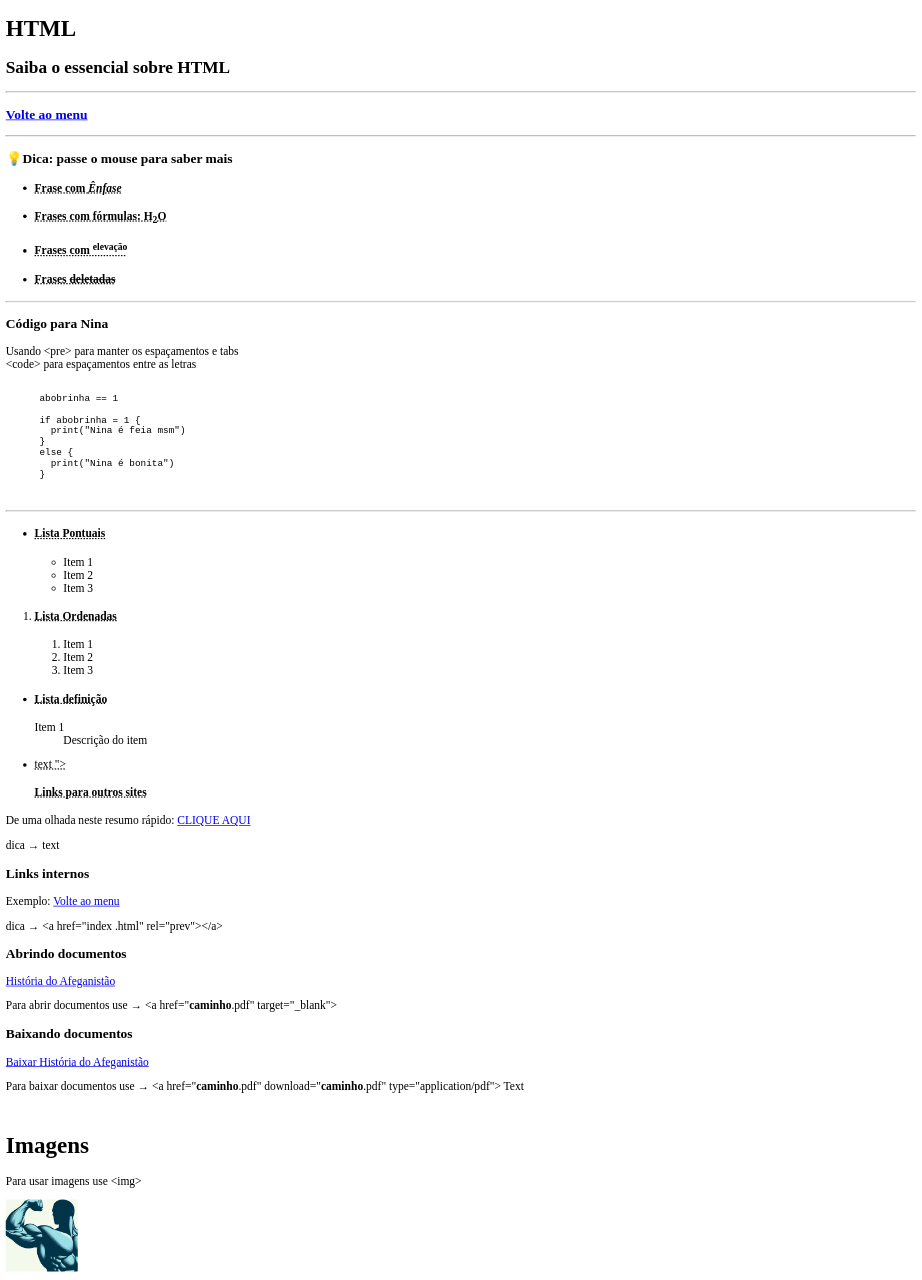
Repository: LuidyOn/Site_Forca_Total
Page: ForçaTotal/sobreHTML.html
An editor plug-in stored every save of this project. The page is shown before and after the next save, followed by the edit.
The browser window is 1280 px wide. The pictures show the whole page, at 72% of full size.

Above is the page before, as saved 2025-05-15 20:47:01.

### ForçaTotal/sobreHTML.html
<!DOCTYPE html>
<html lang="pt-br">
<head>
  <meta charset="UTF-8">
  <meta name="viewport" content="width=device-width, initial-scale=1.0">
  <link rel="shortcut icon" href="img/icons/logo.ico" type="image/x-icon">
  <title>Testes Força total</title>
</head>
<body>
  <h1>HTML</h1>
  <h2>Saiba o essencial sobre HTML</h2>

  <hr>
  <h3><a href="index.html" rel="prev"> Volte ao menu</a></h3>
  <hr>

<h3>💡Dica: passe o mouse para saber mais</h3>

  <ul><li><h4> <abbr title="Para deixar uma frase com ênfase, usamos: <em> ">Frase com <em>Ênfase</em></h4> </abbr>
  </li></ul>

    <ul><li><h4><abbr title="Para utilizarmos frases 'baixas' ou fórmulas usamos: <sub></sub>"> Frases com fórmulas: H<sub>2</sub>O</abbr></h4> </li></ul>

  <ul><li><h4> <abbr title="Para utilizarmos frases com ênfase/superiores usamos: <sup></sup>">Frases com <sup>elevação</sup></h4> </abbr></li></ul>

  <ul><li><abbr title=" Para utilizarmos frases deletadas usamos: <del>"><h4>Frases <del>deletadas</del></h4></abbr></li></ul>

  <hr>

  <h3>Código para Nina</h3>
  <p>Usando &lt;pre&gt; para manter os espaçamentos e tabs <br> &lt;code&gt; para espaçamentos entre as letras</p>

  <p></p>

  <pre>
    <code>
      abobrinha == 1

      if abobrinha = 1 {
        print("Nina é feia msm")
      }
      else {
        print("Nina é bonita")
      }
    </code>
  </pre>

  <hr>

      <ul>
        <li>
          <abbr title="Para usar lista pontuadas use <ul>"> <h4>Lista Pontuais</h4> </abbr>
        </li>
          <ul>
            <li>Item 1</li>
            <li>Item 2</li>
            <li>Item 3</li>
          </ul>
      </ul>

      <ol>
        <li>
          <abbr title="Para usar lista ordenadas use <ol>"> <h4>Lista Ordenadas</h4> </abbr>
        </li>
          <ol>
            <li>Item 1</li>
            <li>Item 2</li>
            <li>Item 3</li>
          </ol>
      </ol>

          <ul>
            <li>
              <abbr title="Para usar uma lista de definição, use <dl> para agrupar os elementos(bloco), <dt> para o termo e <dd> para a descrição."> <h4>Lista definição</h4> </abbr>
              <dl>
                <dt>Item 1</dt>
                <dd>Descrição do item</dd>
              </dl>
            </li>
          </ul>

<ul><li><abbr title="dica → <a href='https...' target='_blank"></a> text </a>"><h4>Links para outros sites</h4></abbr></li></ul>


    <p>De uma olhada neste resumo rápido: <a href="https://www.youtube.com/watch?v=dQw4w9WgXcQ" target="_blank" rel="External"> CLIQUE AQUI </a></p>

    dica → <a href="https..." target="_blank"></a> text </a>

    <h3>Links internos</h3>

    <p>Exemplo: <a href="index.html" rel="prev"> Volte ao menu</a></p>
    <p>dica &rarr; &lt;a href="index .html" rel="prev"&gt;&lt;/a&gt;</p>

    <h3>Abrindo documentos</h3>
    <p><a href="Documentos/PDFs/GUERRA DO AFEGANISTÃO.pdf" target="_blank"> História do Afeganistão</a></p>

    <p>Para abrir documentos use &rarr; &lt;a href="<strong>caminho</strong>.pdf" target="_blank"&gt;</p>

    <h3>Baixando documentos</h3>
    <p><a href="Documentos/PDFs/GUERRA DO AFEGANISTÃO.pdf" target="_blank" download="Documentos/PDFs/GUERRA DO AFEGANISTÃO.pdf" type="application/pdf"> Baixar História do Afeganistão</a></p>

    <p>Para baixar documentos use &rarr; &lt;a href="<strong>caminho</strong>.pdf" download="<strong>caminho</strong>.pdf" type="application/pdf"&gt; Text</p>

  <p><br></p>

  <h1>Imagens</h1>
  <p>Para usar imagens use &lt;img&gt;</p>
  <img src="img/parteSerior.png" alt="parte superior" style="width: 100px; height: 100px;">
</body>
</html>

After the next save:
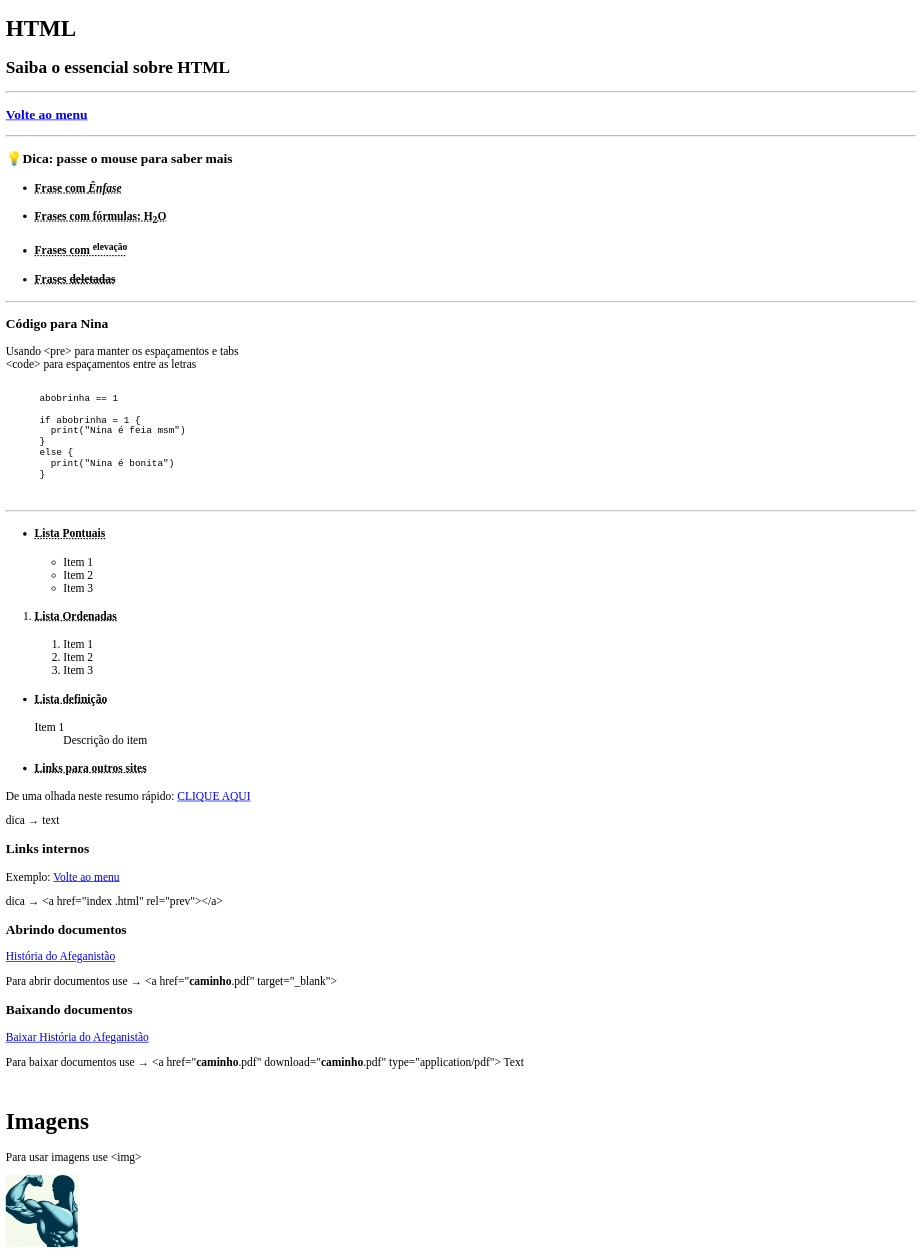
Saved 5 s later.
--- a/ForçaTotal/sobreHTML.html
+++ b/ForçaTotal/sobreHTML.html
@@ -79,7 +79,7 @@
             </li>
           </ul>
 
-<ul><li><abbr title="dica → <a href='https...' target='_blank"></a> text </a>"><h4>Links para outros sites</h4></abbr></li></ul>
+<ul><li><abbr title="dica → <a href='https...' target='_blank'></a> text </a>"><h4>Links para outros sites</h4></abbr></li></ul>
 
 
     <p>De uma olhada neste resumo rápido: <a href="https://www.youtube.com/watch?v=dQw4w9WgXcQ" target="_blank" rel="External"> CLIQUE AQUI </a></p>
